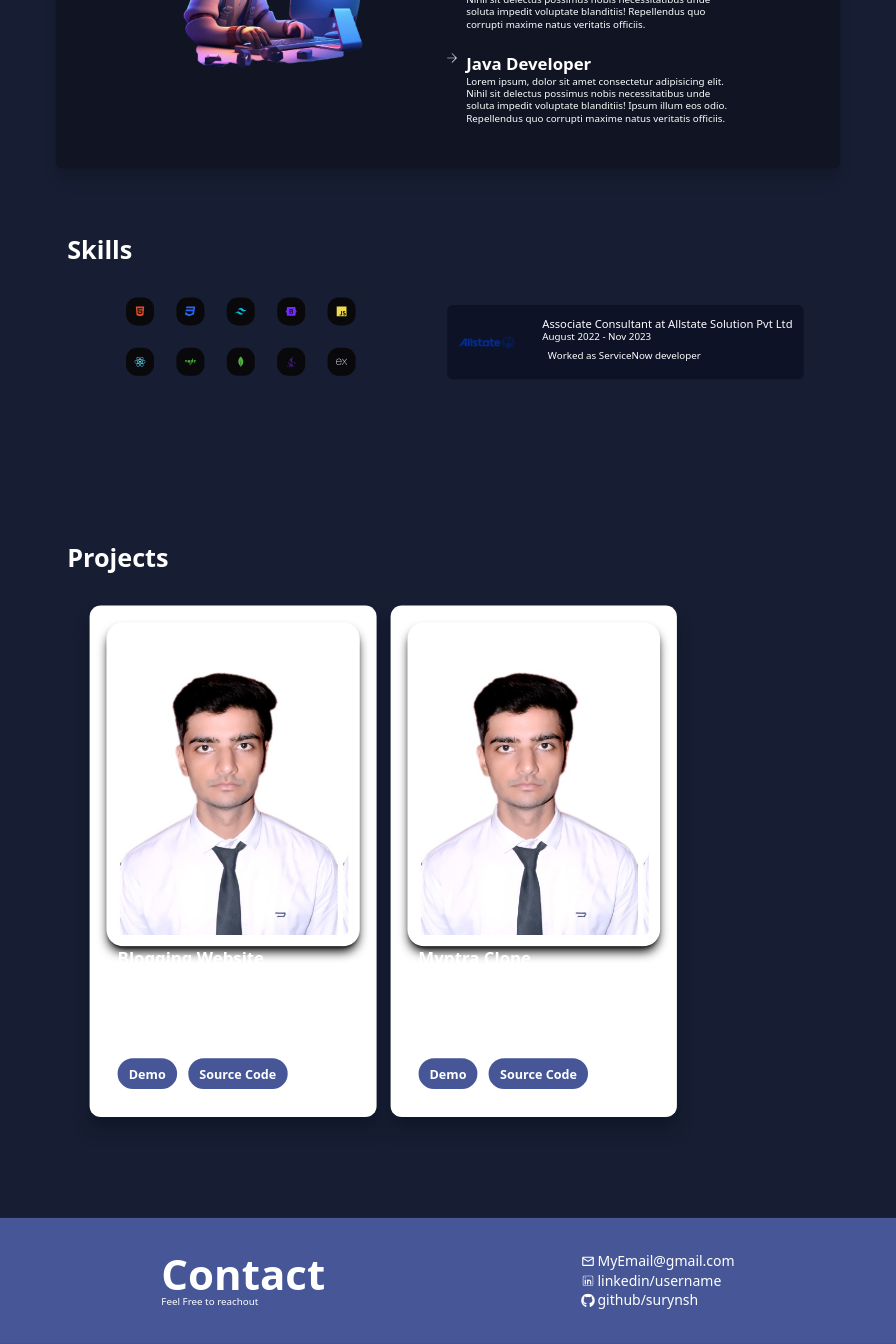
Repository: suryanshsingh99181/portfolio
Page: /
The author's editor kept a copy of each file at every save. The page is drawn from the files as they stood at one save, then again after the next save.
The browser window is 1280 px wide. The pictures show the part of the page from y = 897 to 2817 px (the page is 2817 px tall), at 70% of full size.
The project was rebuilt for these pictures with package versions that can differ from the ones it lists, and the page was loaded fresh each time. Also part of the build but not shown: vite.config.js.

Above is the page before, as saved 2024-08-22 11:58:08.

### src/main.jsx
import { StrictMode } from "react";
import { createRoot } from "react-dom/client";
import App from "./App.jsx";
import "./index.css";
import { BrowserRouter, Router } from "react-router-dom";

createRoot(document.getElementById("root")).render(
  <StrictMode>
    <App />
  </StrictMode>
);

### src/App.jsx
import Experience from "./Components/experience/Experience";
import Footer from "./Components/footer/Footer";
import Home from "./Components/home/Home";
import Navbar from "./Components/navbar/Navbar";
import Projects from "./Components/Projects/Projects";
import Skills from "./Components/skills/Skills";
import "./index.css";

function App() {
  return (
    <div className="bg-[#171d32] h-auto w-full overflow-hidden">
      <Navbar></Navbar>
      <Home></Home>
      <Experience></Experience>
      <Skills></Skills>
      <Projects></Projects>
      <Footer></Footer>
    </div>
  );
}

export default App;

### src/Components/experience/Experience.jsx
import { InboxArrowDownIcon } from "@heroicons/react/16/solid";
import { TfiArrowRight } from "react-icons/tfi";
import image from "../../assets/proj.png";

const Experience = () => {
  return (
    <div
      id="Experience"
      className="text-white md:flex overflow-hidden items-center md:flex-wrap md:justify-center bg-black shadow-xl mx-0 md:mx-20 bg-opacity-30 rounded-lg p-12"
    >
      <div>
        <h2 className="text-2xl md:text-4xl font-bold">Experience</h2>
        <div className="md:flex flex-wrap flex-col md:flex-row items-center">
          <img
            className="md:h-80 -ml-28 pr-10"
            src={image}
            alt="Experience Image"
          />
          <ul>
            <div className="flex gap-3 py-4">
              <TfiArrowRight />
              <span className="w-96">
                <h3 className="text-xl md:text-2xl font-semibold leading-normal">
                  {" "}
                  Front-End Developer
                </h3>
                <p className="text-sm md:text-md leading-tight">
                  {" "}
                  Lorem ipsum, dolor sit amet consectetur adipisicing elit.
                  Nihil sit delectus possimus nobis necessitatibus unde soluta
                  impedit voluptate blanditiis! Ipsum illum eos odio.
                  Repellendus quo corrupti maxime natus veritatis officiis.
                </p>
              </span>
            </div>
            <div className="flex gap-3 py-4">
              <TfiArrowRight />
              <span className="w-96">
                <h3 className="text-xl md:text-2xl font-semibold leading-normal">
                  {" "}
                  Back-End Developer
                </h3>
                <p className="text-sm md:text-md leading-tight">
                  {" "}
                  Lorem ipsum, dolor sit amet consectetur adipisicing elit.
                  Nihil sit delectus possimus nobis necessitatibus unde soluta
                  impedit voluptate blanditiis! Repellendus quo corrupti maxime
                  natus veritatis officiis.
                </p>
              </span>
            </div>
            <div className="flex gap-3 py-4">
              <TfiArrowRight />
              <span className="w-96">
                <h1 className="text-xl md:text-2xl font-semibold leading-normal">
                  {" "}
                  Java Developer
                </h1>
                <p className="text-sm md:text-md leading-tight">
                  {" "}
                  Lorem ipsum, dolor sit amet consectetur adipisicing elit.
                  Nihil sit delectus possimus nobis necessitatibus unde soluta
                  impedit voluptate blanditiis! Ipsum illum eos odio.
                  Repellendus quo corrupti maxime natus veritatis officiis.
                </p>
              </span>
            </div>
          </ul>
        </div>
      </div>
    </div>
  );
};

export default Experience;

### src/Components/footer/Footer.jsx
import { CiLinkedin } from "react-icons/ci";
import { FaGithub } from "react-icons/fa";
import { MdOutlineEmail } from "react-icons/md";

const Footer = () => {
  return (
    <div
      id="Contact"
      className="flex justify-around bg-[#465697] text-white p-10 md:p-12 items-center"
    >
      <div>
        <h1 className="text-2xl md:text-6xl font-bold">Contact</h1>
        <h3 className="text-2xl md:text-sm font-normal ">
          Feel Free to reachout
        </h3>
      </div>
      <ul className="text-sm md:text-xl">
        <li className="flex gap-1 items-center">
          <MdOutlineEmail />
          MyEmail@gmail.com
        </li>
        <li className="flex gap-1 items-center">
          <CiLinkedin />
          linkedin/username
        </li>
        <li className="flex gap-1 items-center">
          <FaGithub />
          github/surynsh
        </li>
      </ul>
    </div>
  );
};

export default Footer;
<div></div>;

### src/Components/home/Home.jsx
import React from "react";
import image from "../../assets/suryansh.jpg";
import TextChanger from "../../TextChanger";

const Home = () => {
  return (
    <div className="text-white flex w-full justify-between items-start p-10 md:p-20">
      <div className="md:w-2/4 md:pt-10 mt-10">
        <h1 className="text-3xl md:text-6xl font-bold flex leading-normal tracking-tighter ">
          <TextChanger />
        </h1>
        <p className="text-sm md:text-2xl leading-tight tracking-tight font-serif mt-4">
          a MERN stack developer...
        </p>
        <button className=" bg-blue-500 mt-5 md:md-10 text-white py-2 px-3 text-sm md:text-lg md:px-4 hover:opacity-85 duration-300 hover:scale-105 font-semibold rounded-3xl bg-[#46]">
          Contact Me
        </button>
      </div>
      <div>
        <img
          className="h-96 w-96 rounded-full object-cover object-center p-2 border-4 border-[#FF7C00] shadow-[0_0_0_5px_rgba(0,0,0,1)]"
          src={image}
          alt=""
        />
      </div>
    </div>
  );
};

export default Home;

### src/Components/navbar/Navbar.jsx
import { RiCloseLine, RiMenu3Line } from "@remixicon/react";
import React, { useState } from "react";

const Navbar = () => {
  const [showMenu, setShowMenu] = useState(true);
  const [menu, openMenu] = useState(false);
  return (
    <nav className="flex flex-wrap justify-between md:items-center text-white px-10 md:px-20 bg-slate-800 ">
      <span className="text-2xl font-bold tracking-wide hover:text-cyan-200">
        Suryansh.
      </span>
      <ul
        className={`mx-24  py-2 mt-4 font-semibold md:-5 bg-black px-2 rounded-xl bg-opacity-30 md:border-none text-center md:bg-transparent md:static md:mx-0 md:flex gap-6 ${
          menu ? "block" : "hidden"
        }`}
      >
        <a href="#About">
          <li className="text-md transition-all duration-500 p-1 md:p-0 hover:text-cyan-200 hover:underline ">
            About
          </li>
        </a>
        <a href="#Experience">
          <li className="text-md transition-all duration-300 p-1 md:p-0 hover:text-cyan-200 hover:underline">
            Experience
          </li>
        </a>
        <a href="#Projects">
          <li className="text-md transition-all duration-300 p-1 md:p-0 hover:text-cyan-200 hover:underline">
            Projects
          </li>
        </a>
        <a href="#Contact">
          <li className="text-md transition-all duration-300 p-1 md:p-0 hover:text-cyan-200 hover:underline">
            Contact
          </li>
        </a>
      </ul>
      {showMenu ? (
        <RiMenu3Line
          size={30}
          className="md:hidden absolute right-10 top-6 transition-all duration-300"
          onClick={() => {
            openMenu(!menu);
            setShowMenu(!showMenu);
          }}
        />
      ) : (
        <RiCloseLine
          size={30}
          className="md:hidden absolute right-10 top-6 transition-all duration-300"
          onClick={() => {
            openMenu(!menu);
            setShowMenu(!showMenu);
          }}
        />
      )}
    </nav>
  );
};

export default Navbar;

### src/Components/Projects/Projects.jsx
import ProjectCard from "./ProjectCard";

const Projects = () => {
  return (
    <div id="Projects" className="p-10 md:p-24 text-white">
      <h1 className="text-2xl md:text-4xl text-white font-bold">Projects</h1>
      <div className="py-12 px-8 flex flex-wrap gap-5">
        <ProjectCard
          title="Blogging Website"
          main="This is a blogging Website created in ReactJs"
        />
        <ProjectCard
          title="Myntra Clone"
          main="This is a Shopping Website created in ReactJs"
        />
      </div>
    </div>
  );
};

export default Projects;

### src/Components/skills/Skills.jsx
import {
  FaCss3,
  FaFigma,
  FaGoogle,
  FaHtml5,
  FaJava,
  FaJs,
  FaNode,
  FaReact,
} from "react-icons/fa";
import {
  SiBootstrap,
  SiExpress,
  SiMongodb,
  SiRadixui,
  SiTailwindcss,
} from "react-icons/si";
import allstate_logo from "../../assets/Allstate-Logo-2017.png";
import image from "../../assets/proj.png";

const Skills = () => {
  return (
    <div id="Skills" className="p-10 md:p-24">
      <h1 className="text-2xl md:text-4xl text-white font-bold">Skills</h1>
      <div className="flex flex-wrap items-center justify-around">
        <div className="flex flex-wrap md:w-2/5 gap-8 md:p-12 py-10">
          <span className="p-3 bg-zinc-950 flex items-center rounded-2xl ">
            <FaHtml5 className=" text-[#e34c26]" />
          </span>
          <span className="p-3 bg-zinc-950 flex items-center rounded-2xl ">
            <FaCss3 className=" text-[#2965f1]" />
          </span>
          <span className="p-3 bg-zinc-950 flex items-center rounded-2xl ">
            <SiTailwindcss className=" text-[#06b6d4]" />
          </span>
          <span className="p-3 bg-zinc-950 flex items-center rounded-2xl ">
            <SiBootstrap className=" text-[#712CF9]" />
          </span>
          <span className="p-3 bg-zinc-950 flex items-center rounded-2xl ">
            <FaJs className="text-[#f0db4f]" />
          </span>
          <span className="p-3 bg-zinc-950 flex items-center rounded-2xl ">
            <FaReact className=" text-[#61dbfb] " />
          </span>

          <span className="p-3 bg-zinc-950 flex items-center rounded-2xl ">
            <FaNode className="text-[#4db33d]" />
          </span>

          <span className="p-3 bg-zinc-950 flex items-center rounded-2xl ">
            <SiMongodb className="text-[#4db33d]" />
          </span>
          <span className="p-3 bg-zinc-950 flex items-center rounded-2xl ">
            <FaJava className="text-[#712CF5]" />
          </span>
          <span className="p-3 bg-zinc-950 flex items-center rounded-2xl ">
            <SiExpress className="text-slate-300" />
          </span>
        </div>

        <div className="flex gap-10 bg-slate-950 bg-opacity-45 mt-4 rounded-lg p-4 items-center">
          <img src={allstate_logo} className="w-20 text-[#0033A0]" />
          <span className="text-white">
            <h2 className=" leading-tight ">
              Associate Consultant at Allstate Solution Pvt Ltd
            </h2>
            <p className="text-sm leading-tight font-thin">
              August 2022 - Nov 2023
            </p>
            <ul className="text-sm p-2">
              <li>Worked as ServiceNow developer</li>
            </ul>
          </span>
        </div>
      </div>
    </div>
  );
};

export default Skills;

### src/TextChanger.jsx
import { useState, useEffect } from "react";

const TextChanger = () => {
  const texts = ["Hi I am Suryansh", "Hi I am Suryansh", "Hi I am Suryansh"];
  const [currentText, setCurrentText] = useState("");
  const [endValue, setEndValue] = useState(true);
  const [isForward, setIsForward] = useState(true);
  const [index, setIndex] = useState(0);

  useEffect(() => {
    const intervalId = setInterval(() => {
      setCurrentText(texts[index].substring(0, endValue));
      if (isForward) {
        setEndValue((prev) => prev + 1);
      } else {
        setEndValue((prev) => prev - 1);
      }
      if (endValue > texts[index].length + 10) {
        setIsForward(false);
      }
      if (endValue < 2.1) {
        setIsForward(true);
        setIndex((prev) => prev & texts.length);
      }
    }, 50);
    return () => clearInterval(intervalId);
  }, [endValue, isForward, index, texts]);
  return <div className="transition ease duration-300">{currentText}</div>;
};

export default TextChanger;

### src/Components/Projects/ProjectCard.jsx
import suryansh from "../../assets/suryansh.jpg";

const ProjectCard = ({ title, main }) => {
  return (
    <div className="w-2/5 p-3 md:p-6 flex flex-col bg-white shadow-xl shadow-slate-900 rounded-2xl">
      <img
        className="p-4 rounded-3xl shadow-lg shadow-black"
        src={suryansh}
        alt="bannerimage"
      />
      <h3 className="px-4 text-xl md:text-2xl font-bold leading-normal">
        {title}
      </h3>
      <p className="px-4 text-sm md:text-base leading-tight py-2">{main}</p>
      <div className="mt-2 p-2 md:p-4 flex gap-2 md:gap-4 ">
        <button className="md:mt-10 text-white py-2 px-3 text-sm md:text-lg md:py-2 md:px-4 hover:opacity-85 duration-300 hover:scale-105 font-semibold rounded-3xl bg-[#465697]">
          Demo
        </button>
        <button className="md:mt-10 text-white py-2 px-3 text-sm md:text-lg md:py-2 md:px-4 hover:opacity-85 duration-300 hover:scale-105 font-semibold rounded-3xl bg-[#465697]">
          Source Code
        </button>
      </div>
    </div>
  );
};

export default ProjectCard;

Loaded but not shown: index.html (common file); src/index.css (common file); tailwind.config.js (common file)

After the next save:
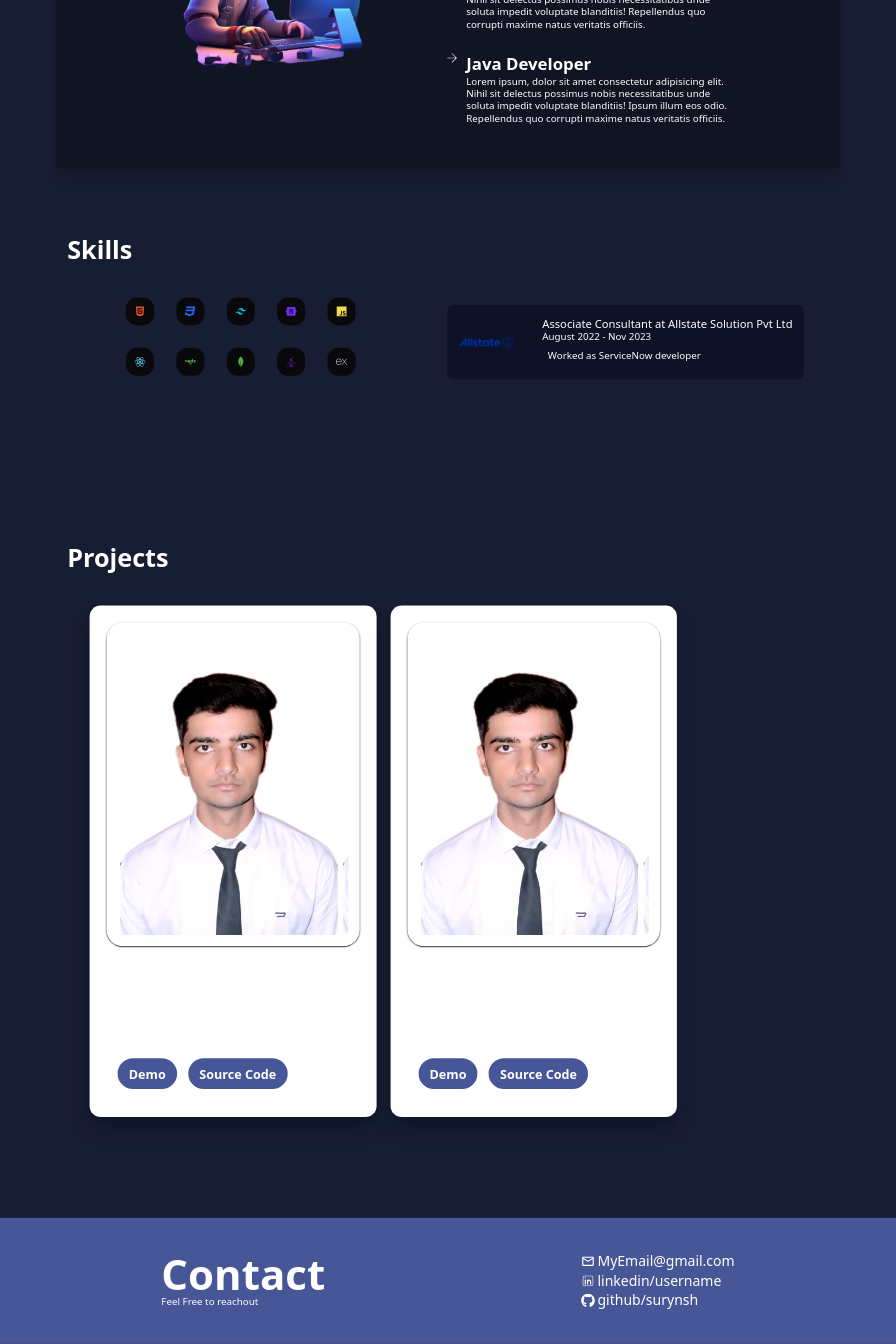
Saved 12 s later.
--- a/src/Components/Projects/ProjectCard.jsx
+++ b/src/Components/Projects/ProjectCard.jsx
@@ -4,7 +4,7 @@
   return (
     <div className="w-2/5 p-3 md:p-6 flex flex-col bg-white shadow-xl shadow-slate-900 rounded-2xl">
       <img
-        className="p-4 rounded-3xl shadow-lg shadow-black"
+        className="p-4 rounded-3xl shadow-sm shadow-black"
         src={suryansh}
         alt="bannerimage"
       />
